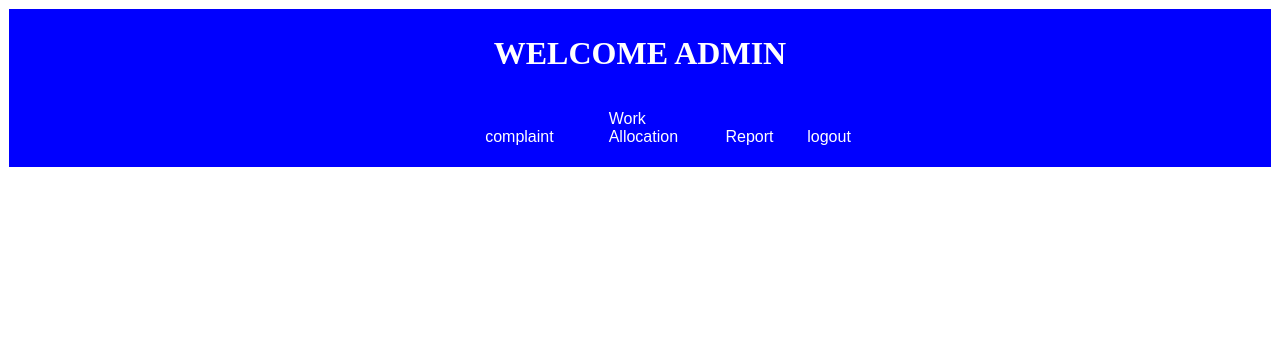
Repository: Jobinte/KSEB-PROJECT
Page: KSEB-complaint-management/WebContent/admin.html
These files come from the project's save history. The page is drawn as it stood at one moment and after the next save; the edit follows.
The browser window is 1280 px wide. The pictures show the whole page.

Above is the page before, as saved 2023-11-21 10:12:38.

### KSEB-complaint-management/WebContent/admin.html
<!DOCTYPE html>
<html>
<head>
<meta charset="ISO-8859-1">
<title>admin</title>
<link href="css/admin.css" rel="stylesheet" type="text/css" />
</head>
<body>
 <div class="header">
        <h1>WELCOME ADMIN</h1>

<div class="dropdown">
  <button class="dropbtn">complaint</button>
  <div class="dropdown-content">
    <a href="#"> Register complaint </a>
    <a href="#"> edit complaint </a>
    <a href="#"> complaint status</a>
  </div>
</div>

<div class="dropdown">
  <button class="dropbtn">Work Allocation</button>
  <div class="dropdown-content">
    <a href="#"> Work Allocate  </a>
    <a href="#"> view Work Allocation  </a>

  </div>
</div>

<div class="dropdown">
  <button class="dropbtn">Report</button>
  <div class="dropdown-content">
    <a href="#"> work report  </a>
    <a href="#"> complaint report </a>
    <a href="#">payment report </a>
  </div>
</div>
<div class="dropdown">
  <button class="dropbtn">logout</button>
  <div class="dropdown-content">

  </div>
</div>

</div>
</body>
</html>

### KSEB-complaint-management/WebContent/css/admin.css
 .header {

            background-color:blue;
            border:1px solid;
            color: white;
            text-align: center;
            padding: 5px;
        }


.dropbtn {
	background-color: blue;
	color: white;
	padding: 16px;
	font-size: 16px;
	border: none;
}

.dropdown {
	position: relative;
	display: inline-block;
}
.dropdown button{
	width: 25%;

}

.dropdown-content {
	display: none;
	position: absolute;
	background-color: #f1f1f1;
	min-width: 160px;
	box-shadow: 0px 8px 16px 0px rgba(0, 0, 0, 0.2);
	z-index: 1;
}

.dropdown-content a {
	color: black;
	padding: 12px 16px;
	text-decoration: none;
	display: block;
}

.dropdown-content a:hover {
	background-color: #ddd;
}

.dropdown:hover .dropdown-content {
	display: block;
}

.dropdown:hover .dropbtn {
	background-color: #3e8e41;
}

After the next save:
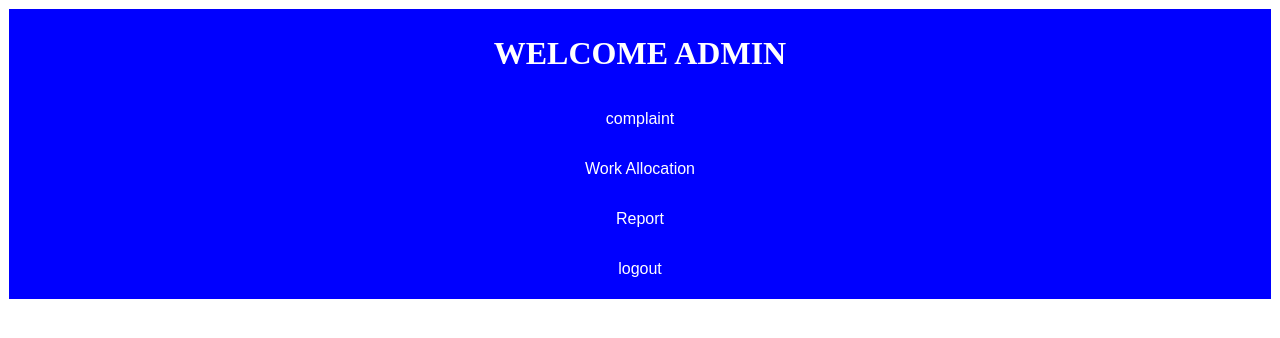
Saved 30 s later.
--- a/KSEB-complaint-management/WebContent/css/admin.css
+++ b/KSEB-complaint-management/WebContent/css/admin.css
@@ -19,6 +19,7 @@
 .dropdown {
 	position: relative;
 	display: inline-block;
+	width: 100%;
 }
 .dropdown button{
 	width: 25%;
